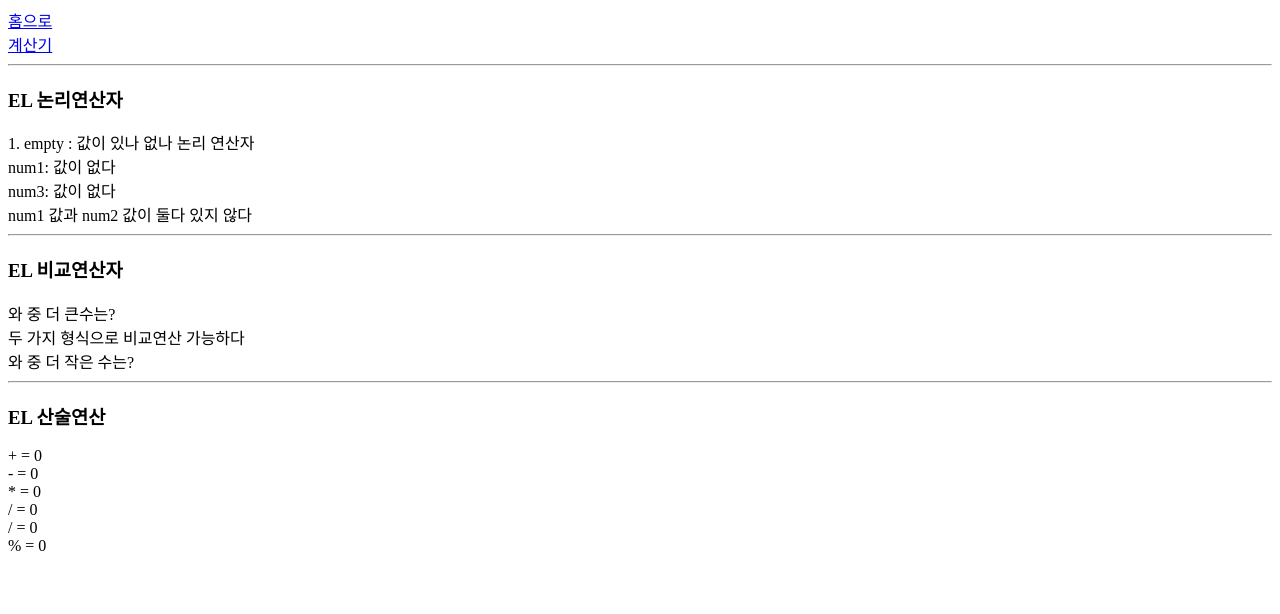
Repository: hyewoon/web
Page: http://localhost/servlet04/operator/calculator_result.jsp
These files come from the project's save history. The page is drawn as it stood at one moment and after the next save; the edit follows.
The browser window is 1280 px wide. The pictures show the whole page.
The page is served by Tomcat 9. Other server files are loaded and not shown.

Above is the page before, as saved 2022-11-17 06:28:21.

### servlet04/src/main/webapp/operator/calculator_result.jsp
<%@ page language="java" contentType="text/html; charset=UTF-8"
    pageEncoding="UTF-8"%>
<!DOCTYPE html>
<html>
<head>
<meta charset="UTF-8">
<title>Insert title here</title>
</head>
<body>
<div><a href ='../'>홈으로</a></div>
<div><a href ='calculator.jsp'>계산기</a></div>
<hr>
<h3>EL 논리연산자</h3>
<div>1. empty : 값이 있나 없나 논리 연산자</div>
<div>num1: 값이 ${empty param.num1? '없다' : '있다'}</div>
<div>num3: 값이 ${empty param.num3? '없다' : '있다'}</div>
<div> num1 값과 num2 ${!empty param.num1 && !empty param.num2
			? '둘 다 있다': '값이  둘다 있지 않다'}</div>



<hr>
<h3>EL 비교연산자</h3>
<div>${param.num1 }와 ${param.num2 } 중 더 큰수는? </div>
<div> 두 가지 형식으로 비교연산 가능하다</div>
<div>	${param.num1 gt (param.num2-0) ? param.num1 : param.num2}</div>
<div>	${param.num1 - param.num2 gt 0 ? param.num1 : param.num2}</div>
<div>${param.num1 }와 ${param.num2 } 중 더 작은 수는? </div>
<div>	${param.num1 lt (param.num2-0) ? param.num1 : param.num2}</div>
<div>	${param.num1 - param.num2 lt 0 ? param.num1 : param.num2}</div>
<!--파라미터로 보내진 데이터는 문자열이라서 2와 10비교하면 2가 더 크다 나온다
	하지만, 산술연산자가 있으면 내부적으로 숫자라고 생각해서 연산
-->

<hr>
<h3>EL 산술연산</h3>
<div>${param.num1} + ${param.num2} = ${param.num1 + param.num2}</div>
<div>${param.num1} - ${param.num2} = ${param.num1 - param.num2}</div>
<div>${param.num1} * ${param.num2} = ${param.num1 * param.num2}</div>
<div>${param.num1} / ${param.num2} = ${param.num1 /param.num2 }</div>
<div>${param.num1} / ${param.num2}
					= ${param.num2 ==0 ? 0: param.num1 div param.num2}</div>
<div>${param.num1} % ${param.num2} = ${param.num1 mod param.num2}</div>

</body>
</html>

After the next save:
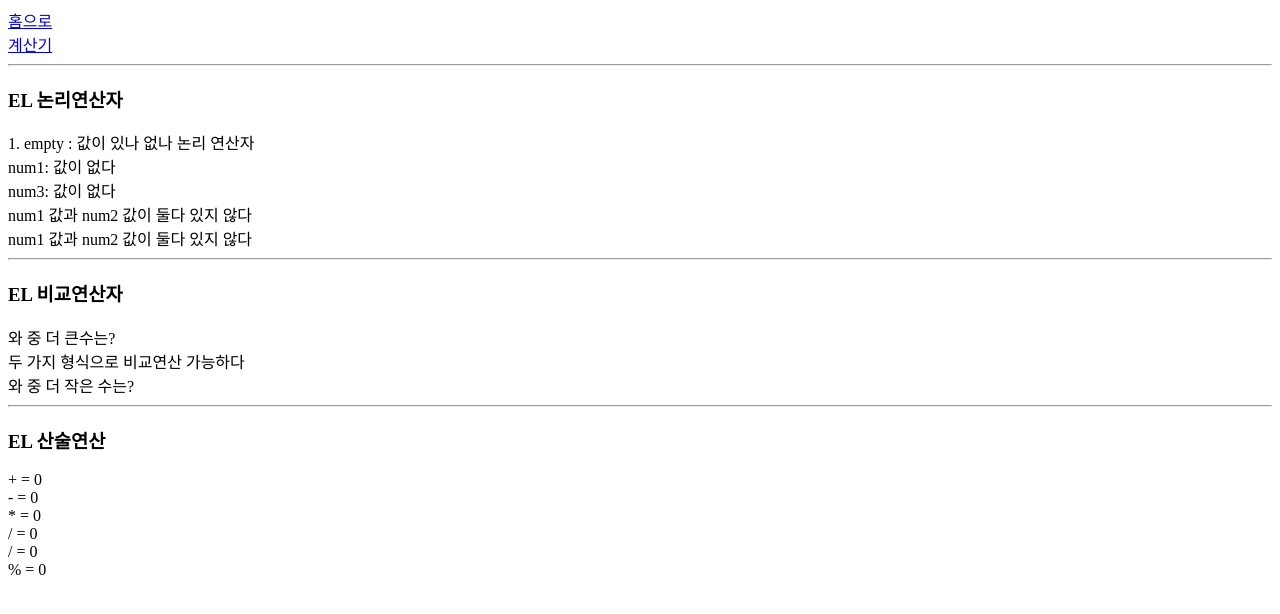
Saved 14 s later.
--- a/servlet04/src/main/webapp/operator/calculator_result.jsp
+++ b/servlet04/src/main/webapp/operator/calculator_result.jsp
@@ -16,6 +16,9 @@
 <div>num3: 값이 ${empty param.num3? '없다' : '있다'}</div>
 <div> num1 값과 num2 ${!empty param.num1 && !empty param.num2
 			? '둘 다 있다': '값이  둘다 있지 않다'}</div>
+<div> num1 값과 num2 ${!empty param.num1 and !empty param.num2
+			? '둘 다 있다': '값이  둘다 있지 않다'}</div>
+
 
 
 
